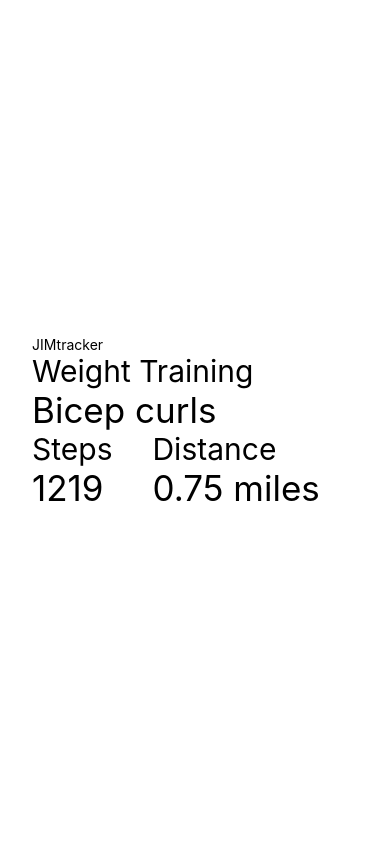
Repository: JamesPesenti/JiMTracker
Screen: /
These files come from the project's save history. The screen is drawn as it stood at one moment and after the next save; the edit follows.
The app was drawn by React Native's web renderer in a window 390 px wide. The project was rebuilt for these pictures with package versions that can differ from the ones it lists, and the page was loaded fresh each time.

Above is the screen before, as saved 2023-06-16 10:39:18.

After the next save:
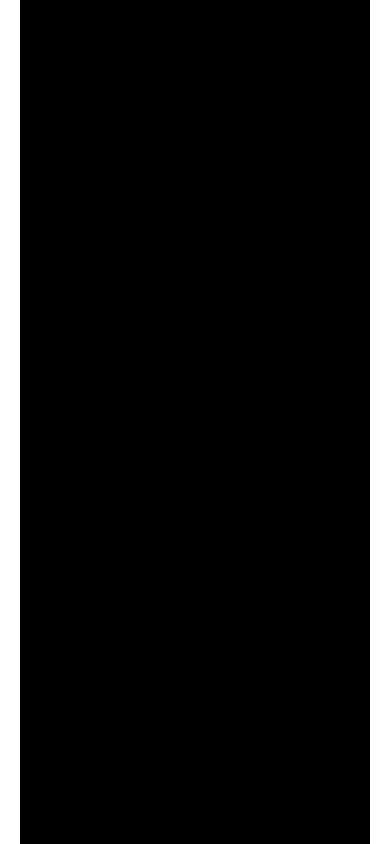
Saved 26 s later.
--- a/App.tsx
+++ b/App.tsx
@@ -31,7 +31,7 @@ export default function App() {
 const styles = StyleSheet.create({
   container: {
     flex: 1,
-    backgroundColor: '#fff',
+    backgroundColor: 'black',
     justifyContent: 'center',
     padding: 12,
     marginHorizontal: 20
